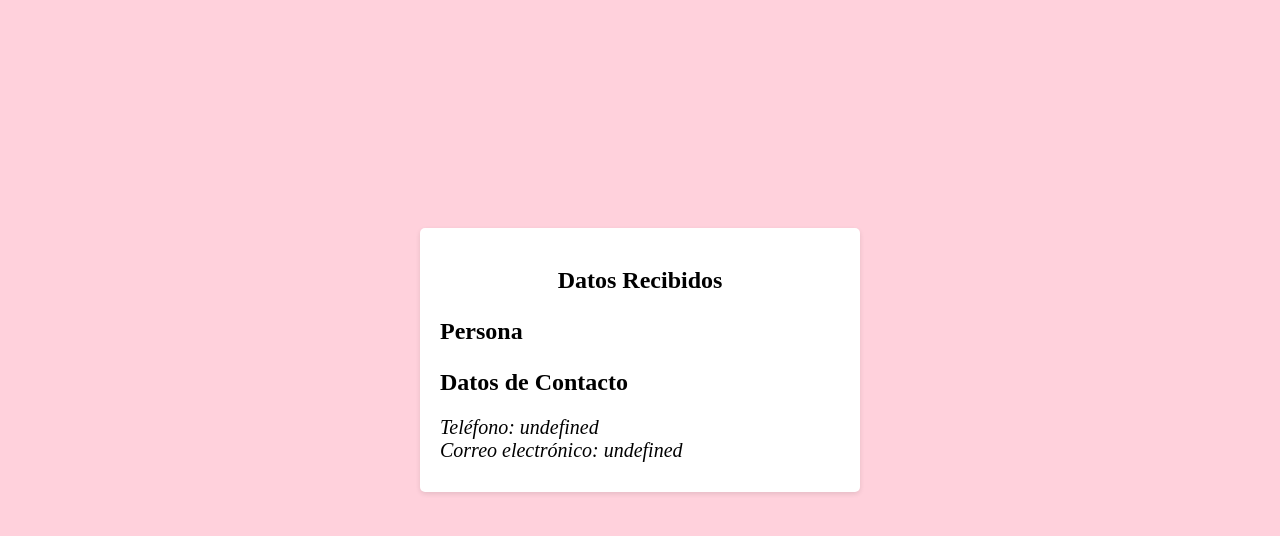
Repository: UVMCoyoacan/InnovaWeb
Page: recibedatosCV.html
An editor plug-in stored every save of this project. The page is shown before and after the next save, followed by the edit.
The browser window is 1280 px wide. The pictures show the whole page.

Above is the page before, as saved 2024-03-01 11:50:52.

### recibedatosCV.html
<!DOCTYPE html>
<html>
<head>
    <title>Recibe Datos</title>
    <style>
        body {
            font-family: 'Times New Roman', Times, serif;
            background-color: #ffd1dc;
            margin: 0;
            padding: 0;
            display: flex;
            justify-content: center;
            align-items: center;
            height: 100vh;
        }
        .container {
            width: 400px;
            padding: 20px;
            background-color: #fff;
            border-radius: 5px;
            box-shadow: 0 2px 5px rgba(0, 0, 0, 0.1);
        }
        h2 {
            margin-bottom: 20px;
            text-align: center;
        }
        h3 {
            font-size: 1.5em;
            color:black;
            margin-bottom: 10px;
        }
        p {
            margin-bottom: 10px;
        }
        .dato {
            font-style: italic;
            color: black;
            font-size: 20px;
        }
    </style>
</head>
<body>
    <div class="container">
        <h2>Datos Recibidos</h2>

        <h3>Persona</h3>
        <p class="dato" id="Persona"></p>

        <h3>Datos de Contacto</h3>
        <p class="dato" id="Detalles"></p>
    </div>

    <script>
        function getUrlVars() {
            var vars = {};
            var parts = window.location.href.replace(/[?&]+([^=&]+)=([^&]*)/gi, function (m, key, value) {
                vars[key] = decodeURIComponent(value.replace(/\+/g, ' '));
            });
            return vars;
        }

        var params = getUrlVars();
        var nombre = params["nombre"];
        var telefono = params["telefono"];
        var correo = params["email"];

        var nomper = document.getElementById("Persona");
        var datPers = document.getElementById("Detalles");
        nomper.textContent = nombre;
        datPers.innerHTML = "Teléfono: " + telefono + "<br>Correo electrónico: " + correo;
    </script>
</body>
</html>

After the next save:
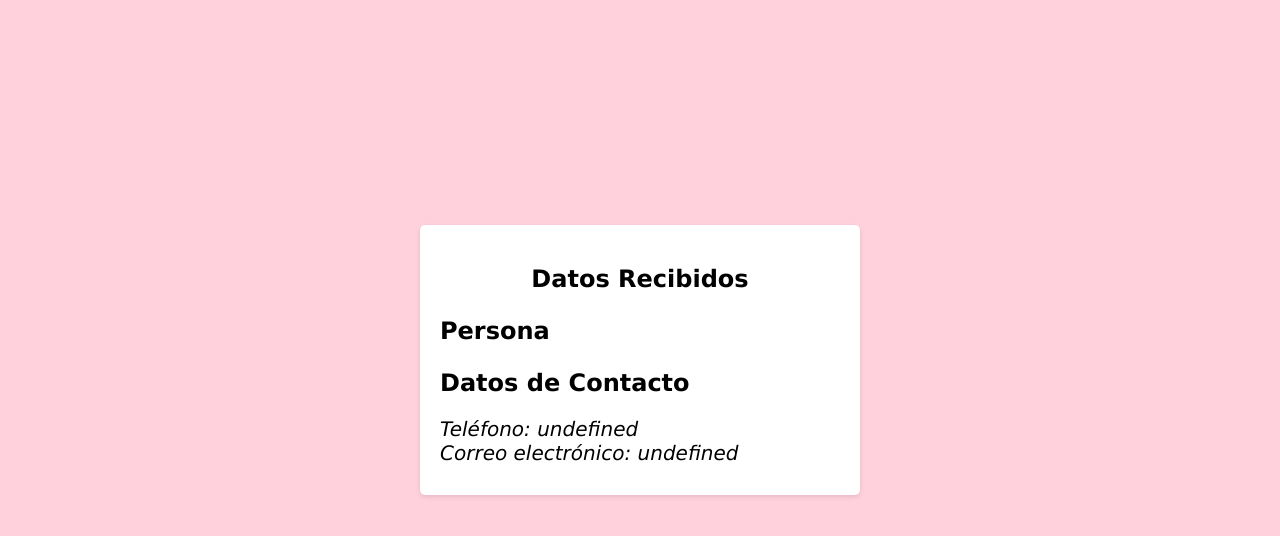
Saved 8 min 11 s later.
--- a/recibedatosCV.html
+++ b/recibedatosCV.html
@@ -4,7 +4,7 @@
     <title>Recibe Datos</title>
     <style>
         body {
-            font-family: 'Times New Roman', Times, serif;
+            font-family:'Lucida Sans', 'Lucida Sans Regular', 'Lucida Grande', 'Lucida Sans Unicode', Geneva, Verdana, sans-serif;
             background-color: #ffd1dc;
             margin: 0;
             padding: 0;
